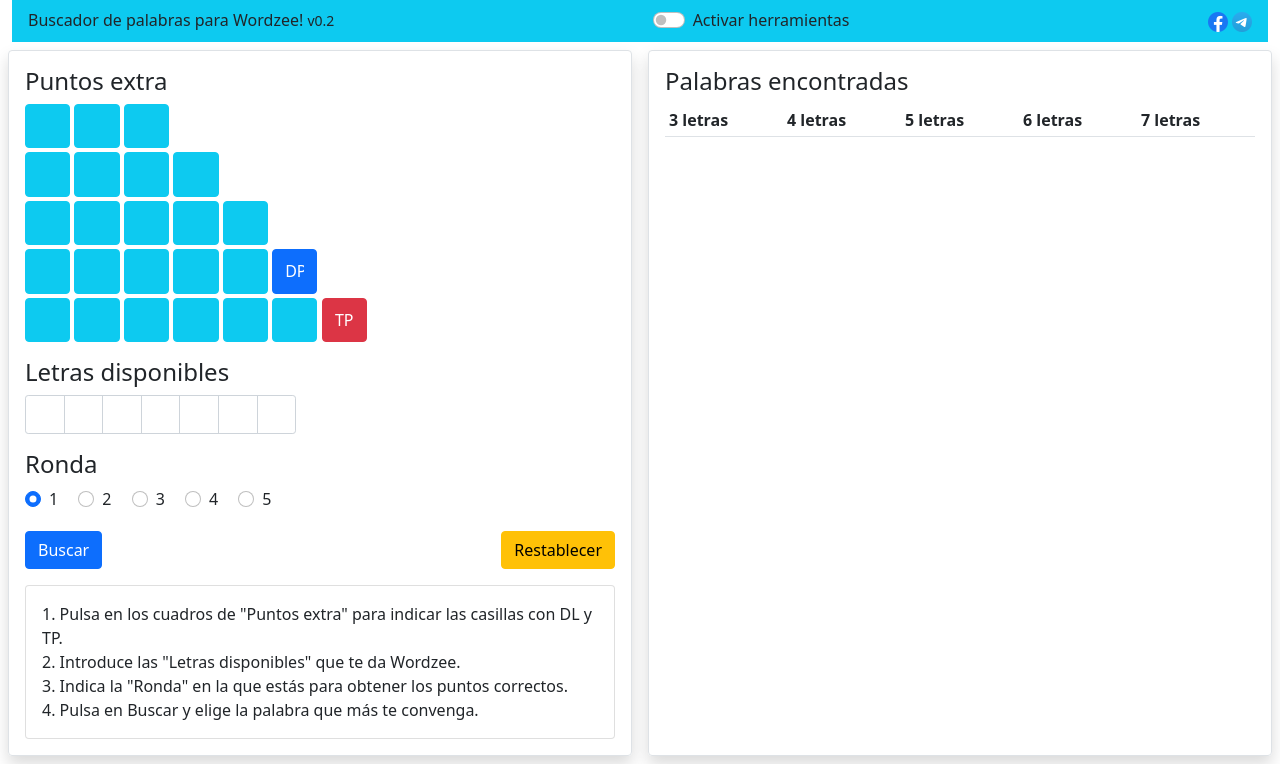
Repository: angelcafe/wordzee-bp_javascript
Page: index.html
The author's editor kept a copy of each file at every save. The page is drawn from the files as they stood at one save, then again after the next save.
The browser window is 1280 px wide. The pictures show the whole page.

Above is the page before, as saved 2021-10-27 11:55:23.

After the next save:
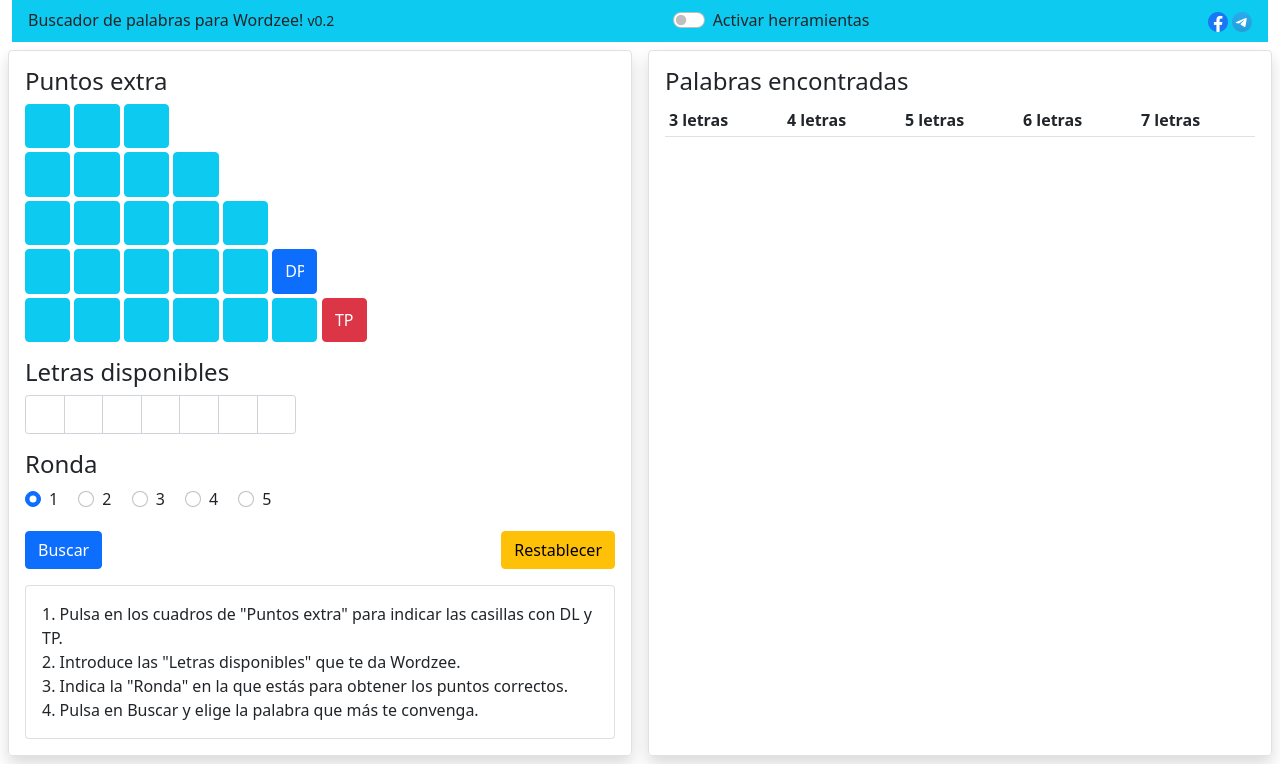
Saved 28 days later.
--- a/index.html
+++ b/index.html
@@ -24,8 +24,8 @@
             <li class="nav-item">
                 <span class="nav-link text-dark">Buscador de palabras para Wordzee! <small>v0.2</small></span>
             </li>
-            <li class="nav-item">
-                <div class="nav-link text-dark form-check form-switch">
+            <li class="nav-item nav-link">
+                <div class="text-dark form-check form-switch">
                     <input class="form-check-input" type="checkbox" role="switch" id="idActivarHerramientas">
                     <label class="form-check-label" for="idActivarHerramientas">Activar herramientas</label>
                 </div>
